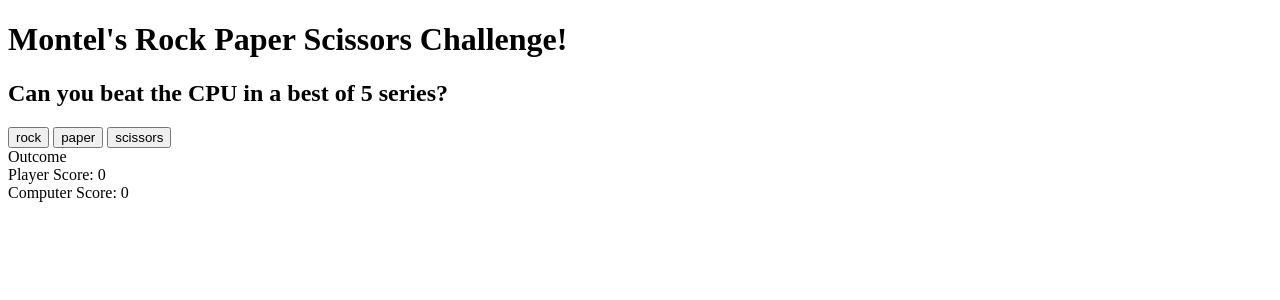
Repository: mnhardy1504/odin-recipes1
Page: repos/member-montel-rockpaperscissors/index.html
The author's editor kept a copy of each file at every save. The page is drawn from the files as they stood at one save, then again after the next save.
The browser window is 1280 px wide. The pictures show the whole page.
After loading, the first visible `button` was clicked once.

Above is the page before, as saved 2023-11-02 21:03:14.
Console error: ReferenceError: outputElement is not defined

After the next save:
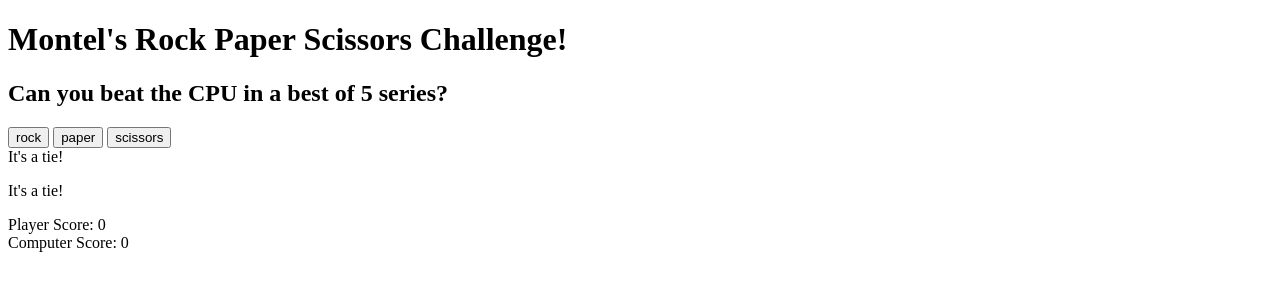
The error is gone.
Saved 7 s later.
--- a/repos/member-montel-rockpaperscissors/index.js
+++ b/repos/member-montel-rockpaperscissors/index.js
@@ -1,83 +1,84 @@
 function getComputerChoice() {
-    const choices = ['rock', 'paper', 'scissors'];
-    const randomIndex = Math.floor(Math.random() * choices.length);
-    return choices[randomIndex];
+  const choices = ['rock', 'paper', 'scissors'];
+  const randomIndex = Math.floor(Math.random() * choices.length);
+  return choices[randomIndex];
+}
+
+function playRound(playerSelection, computerSelection) {
+  playerSelection = playerSelection.toLowerCase();
+  const outputElement = document.getElementById('reply');
+  let reply = "";
+
+  if (playerSelection === 'rock' && computerSelection === 'scissors') {
+      reply = 'You Win! Rock beats Scissors';
+  } else if (playerSelection === 'paper' && computerSelection === 'rock') {
+      reply = 'You Win! Paper beats Rock';
+  } else if (playerSelection === 'scissors' && computerSelection === 'paper') {
+      reply = 'You Win! Scissors beats Paper';
+  } else if (playerSelection === computerSelection) {
+      reply = "It's a tie!";
+  } else {
+      reply = `You Lose! ${computerSelection} beats ${playerSelection}`;
   }
 
-  function playRound(playerSelection, computerSelection) {
-    playerSelection = playerSelection.toLowerCase();
-    ('executing playRound' + playerSelection + computerSelection);
-  var reply = ""
-    if (playerSelection === 'rock' && computerSelection === 'scissors') {
-      reply = 'You Win! Rock beats Scissors';
-    } else if (playerSelection === 'paper' && computerSelection === 'rock') {
-      reply = 'You Win! Paper beats Rock';
-    } else if (playerSelection === 'scissors' && computerSelection === 'paper') {
-      reply = 'You Win! Scissors beats Paper';
-    } else if (playerSelection === computerSelection) {
-      reply = "It's a tie!";
-    } else {
-      reply =`You Lose! ${computerSelection} beats ${playerSelection}`;
-    }
+  outputElement.textContent = reply;
+  log(reply);
+  return reply; // Return the result
+}
 
-      outputElement.textContent = reply;
-      log(reply);
-      return reply;
-  }
+function game() {
+  let playerScore = 0;
+  let computerScore = 0;
+  let result = "";
 
-  function game() {
-    let playerScore = 0;
-    let computerScore = 0;
-    let result = ""
-
-    for (let round = 1; round <= 5; round++) {
-      const playerChoice = prompt('Round ' + round + ': Enter your choice (Rock, Paper, or Sc issors):');
+  for (let round = 1; round <= 5; round++) {
+      const playerChoice = prompt('Round ' + round + ': Enter your choice (Rock, Paper, or Scissors):');
       const computerChoice = getComputerChoice();
 
       const roundResult = playRound(playerChoice, computerChoice);
       console.log(roundResult);
 
       if (roundResult.includes('You Win!')) {
-        playerScore++;
-    } else if (roundResult.includes('You Lose!')) {
-        computerScore++;
-    }
+          playerScore++;
+      } else if (roundResult.includes('You Lose!')) {
+          computerScore++;
+      }
 
-    // Update the running score on each round
-    updatePlayerScore(playerScore);
-    updateComputerScore(computerScore);
+      // Update the running score on each round
+      updatePlayerScore(playerScore);
+      updateComputerScore(computerScore);
 
-    // Announce a winner when one player reaches 5 points
-    if (playerScore === 5) {
-        result = 'Congratulations! You win the game!';
-        updateMessage(result);
-        break; // End the game
-    } else if (computerScore === 5) {
-        result = 'Sorry, you lose the game.';
-        updateMessage(result);
-        break; // End the game
-    }
-}
+      // Announce a winner when one player reaches 5 points
+      if (playerScore === 5) {
+          result = 'Congratulations! You win the game!';
+          updateMessage(result);
+          break; // End the game
+      } else if (computerScore === 5) {
+          result = 'Sorry, you lose the game.';
+          updateMessage(result);
+          break; // End the game
+      }
+  }
 }
 
 function updateMessage(message) {
-const gameMessages = document.getElementById("result");
-gameMessages.textContent = message;
+  const gameMessages = document.getElementById("result");
+  gameMessages.textContent = message;
 }
 
 function updatePlayerScore(score) {
-const playerScoreElement = document.getElementById('playerscore');
-playerScoreElement.textContent = 'Player Score: ' + score;
+  const playerScoreElement = document.getElementById('playerscore');
+  playerScoreElement.textContent = 'Player Score: ' + score;
 }
 
 function updateComputerScore(score) {
-const computerScoreElement = document.getElementById('computerscore');
-computerScoreElement.textContent = 'Computer Score: ' + score;
+  const computerScoreElement = document.getElementById('computerscore');
+  computerScoreElement.textContent = 'Computer Score: ' + score;
 }
 
 function log(text) {
-const logsDiv = document.getElementById("logs");
-const paragraph = document.createElement("p");
-paragraph.textContent = text;
-logsDiv.appendChild(paragraph);
+  const logsDiv = document.getElementById("logs");
+  const paragraph = document.createElement("p");
+  paragraph.textContent = text;
+  logsDiv.appendChild(paragraph);
 }
